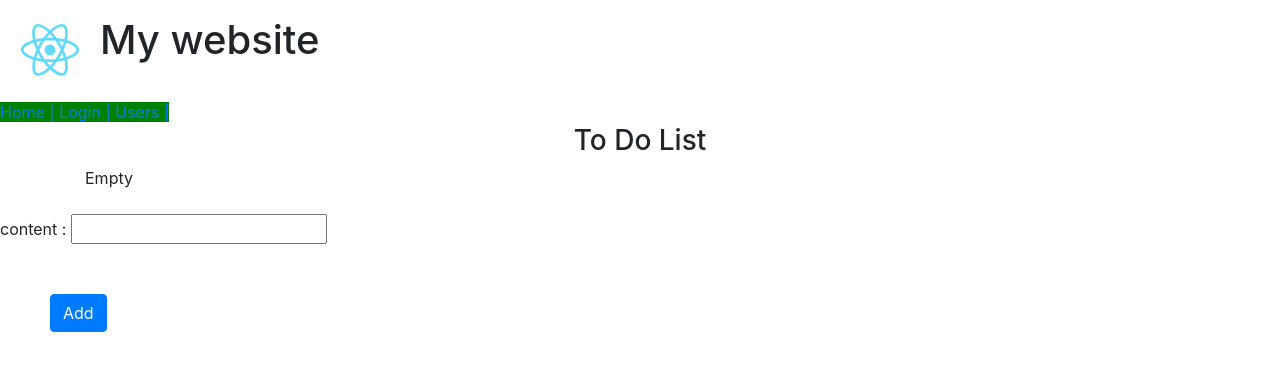
Repository: Marwa-Medhat/ReactJS-Labs
Page: / (app in myapp/)
The author's editor kept a copy of each file at every save. The page is drawn from the files as they stood at one save, then again after the next save.
The browser window is 1280 px wide. The pictures show the whole page.
The project was rebuilt for these pictures with package versions that can differ from the ones it lists, and the page was loaded fresh each time.

Above is the page before, as saved 2021-04-28 20:32:32.

After the next save:
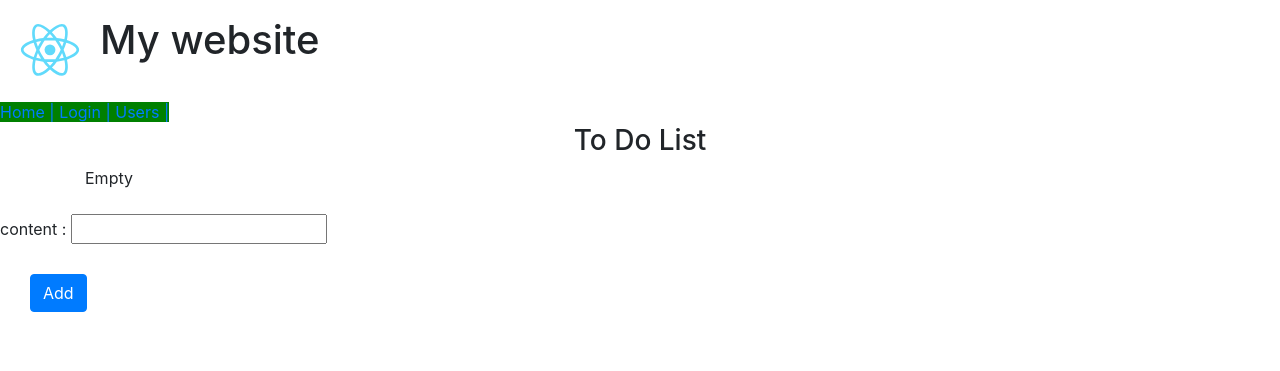
Saved 11 s later.
--- a/myapp/src/App2.js
+++ b/myapp/src/App2.js
@@ -65,7 +65,7 @@ class AddTask extends React.Component{
     render(){
         return <div>
             content : <input type="text" value={this.state.content} onChange={(e)=>this.setState({content:e.target.value})} />
-           <br/> <button onClick={this.addContent} className="btn btn-primary " style={{ margin: 50,}}>Add</button>
+           <br/> <button onClick={this.addContent} className="btn btn-primary " style={{ margin: 30,}}>Add</button>
         </div>
     }
 }
